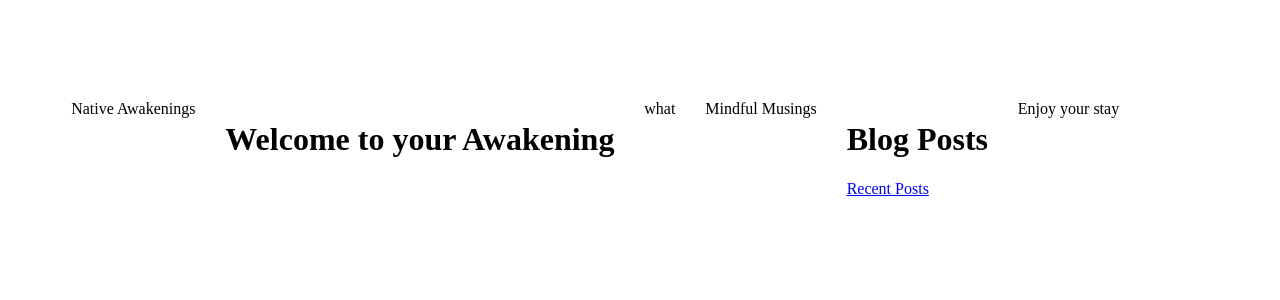
Repository: Gregg-Hendrix/blog-project
Page: index.html
An editor plug-in stored every save of this project. The page is shown before and after the next save, followed by the edit.
The browser window is 1280 px wide. The pictures show the whole page.

Above is the page before, as saved 2021-03-15 13:53:20.

### index.html
<!DOCTYPE html>
<html lang="en">
    <head>
        <meta charset="utf-8">
        <title>Native Awakenings</title>
        <meta content="width=device-width, initial-scale=1, maximum-scale=1" name="viewport"/>
        <link rel="stylesheet" href="stylesheet.css">

         </head>
    <body>
        <! -- This aligns the items to the top of the screen -->
        <div class="container">
            <header class="">Native Awakenings</header>
            <h1>Welcome to your Awakening</h1>
            <nav>what</nav>
            <article>Mindful Musings</article>
            <sidebar><h1>Blog Posts</h1><a href="meditation.html">Recent Posts</a></sidebar>
            <footer>Enjoy your stay</footer>
        </div>
    </body>
</html>

### stylesheet.css
.header{
    display: flex;
        flex-direction: row;
        justify-content: center;
        border: indigo;
}
.intro{
    display: flex;
        flex-direction: row;
        justify-content: center;
        border: indigo;
}
.container{
    display: grid;
    width: 90%;
    margin: auto;
    margin-top: 100px;
    grid-template-columns: 40px repeat(7 1fr);
    grid-template-rows: 60px 400px 1fr;
    grid-template-areas:
    "hd hd hd hd hd hd hd hd"
    "sd main main main main main main main"
    "ft ft ft ft ft ft ft ft";
}

    .box {
        border: 1px solid rebeccapurple;
        background: #F8FA9D;
    }

    .header{
        grid-area: hd;
    }

    .sidebar{
        grid-area: sd;
    }

    .content{
        grid-area: main;
    }

    .footer{
        grid-area: ft;
    }

After the next save:
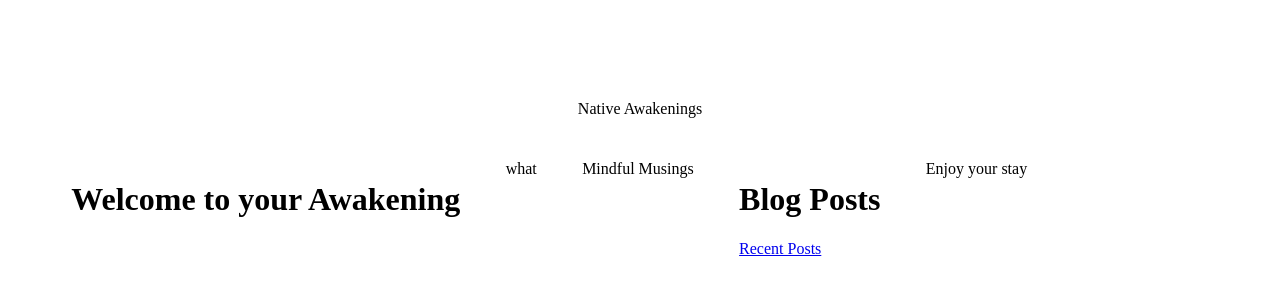
Saved 23 s later.
--- a/index.html
+++ b/index.html
@@ -10,7 +10,7 @@
     <body>
         <! -- This aligns the items to the top of the screen -->
         <div class="container">
-            <header class="">Native Awakenings</header>
+            <header class="header">Native Awakenings</header>
             <h1>Welcome to your Awakening</h1>
             <nav>what</nav>
             <article>Mindful Musings</article>
